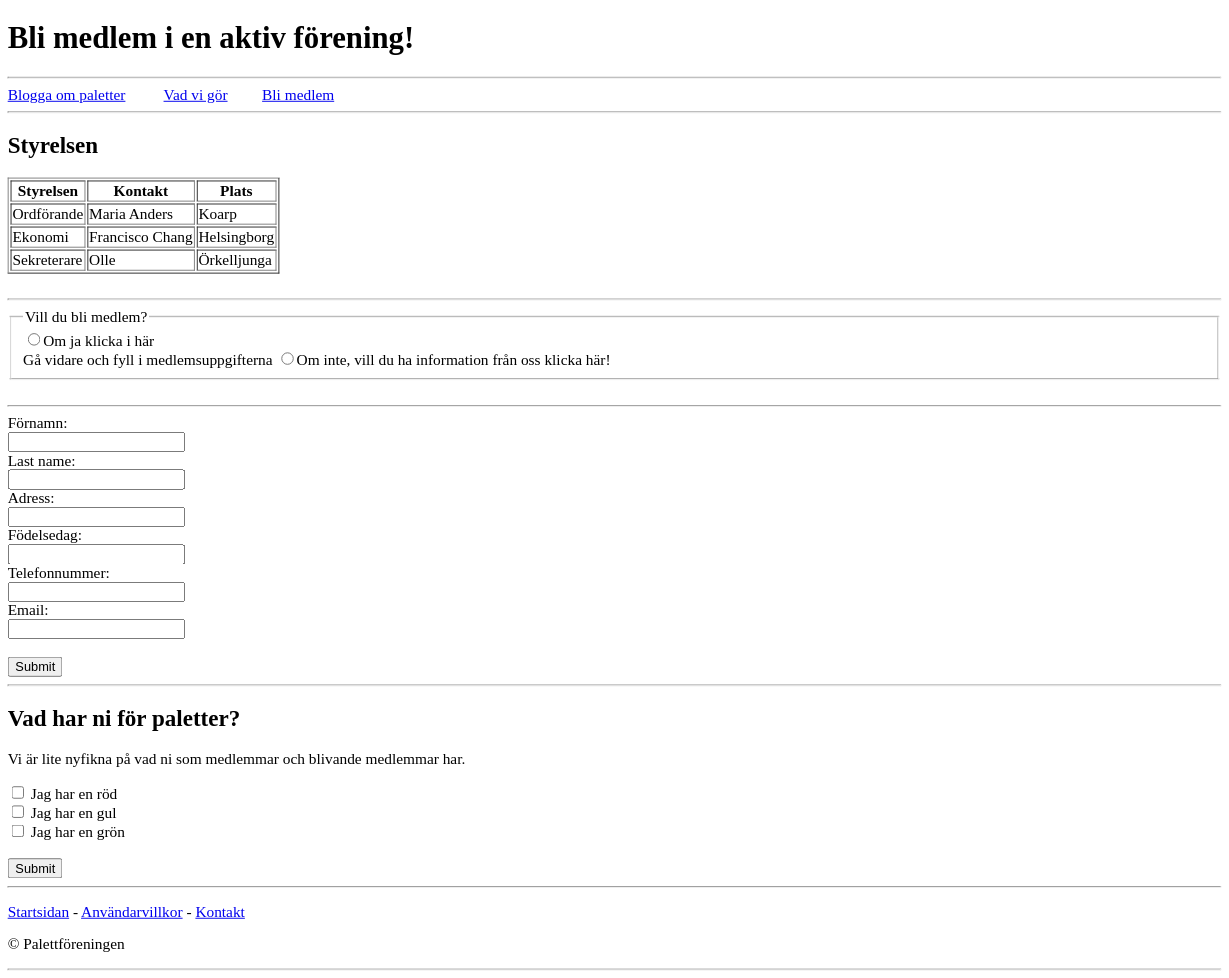
Repository: Webutveckling-20-21/Uppgift-1
Page: medlemskap.html
An editor plug-in stored every save of this project. The page is shown before and after the next save, followed by the edit.
The browser window is 1280 px wide. The pictures show the whole page, at 96% of full size.

Above is the page before, as saved 2021-09-07 22:16:20.

### medlemskap.html
<!DOCTYPE html>
<html lang="en">

<head>
    <meta charset="UTF-8">
    <meta name="viewport" content="width=device-width, initial-scale=1.0">
    <title>Palettföreningen</title>
</head>

<body>
    <header>
        <h1>Bli medlem i en aktiv förening!</h1>
        <hr>
        <a href="blogg.html">Blogga om paletter</a> &nbsp;&nbsp;&nbsp;&nbsp;&nbsp;&nbsp;&nbsp;&nbsp; <a
            href="verksamheten.html">Vad vi gör</a>&nbsp;&nbsp;&nbsp;&nbsp;&nbsp;&nbsp;&nbsp;&nbsp;
        <a href="medlemskap.html">Bli medlem</a>

    </header>
    <hr>
    <main>
        <h2>Styrelsen</h2>

        <table border="1">
            <tr>
                <th>Styrelsen</th>
                <th>Kontakt</th>
                <th>Plats</th>
            </tr>
            <tr>
                <td>Ordförande</td>
                <td>Maria Anders</td>
                <td>Koarp</td>
            </tr>
            <tr>
                <td>Ekonomi</td>
                <td>Francisco Chang</td>
                <td>Helsingborg</td>
            </tr>
            <tr>
                <td>Sekreterare</td>
                <td>Olle</td>
                <td>Örkelljunga</td>
            </tr>
        </table> <br>
        <hr>

        <form method="post">
            <fieldset>
                <legend>Vill du bli medlem?</legend>
                <label><input type="radio" name="radio">Om ja klicka i här</label><br>
                Gå vidare och fyll i medlemsuppgifterna</a>
                <label><input type="radio" name="radio">Om inte, vill du ha information från oss klicka här!</label>
            </fieldset> <br>
            <hr>
            <label for="fname">Förnamn:</label><br>
            <input type="text" id="text" name="text" value=""><br>
            <label for="lname">Last name:</label><br>
            <input type="text" id="text" name="text" value=""><br>

            <label for="text">Adress:</label><br>
            <input type="text" id="text" name="text" value=""><br>
            <label for="text">Födelsedag:</label><br>
            <input type="text" id="tel" name="text" value=""><br>
             <label for="tel">Telefonnummer:</label><br>
            <input type="tel" id="tel" name="tel"> <br>
            <label for="email">Email:</label><br>
            <input type="email" id="email" name="email" multiple> <br> <br> <input type="submit" value="Submit">
        </form>


    </main>
    <hr>
    <aside>
        <h2>Vad har ni för paletter?</h2>
        <p>Vi är lite nyfikna på vad ni som medlemmar och blivande medlemmar har.</p>

        <form>
            <input type="checkbox" id="red" name="red" value="red">
            <label for="red"> Jag har en röd</label><br>
            <input type="checkbox" id="yellow" name="yellow" value="yellow">
            <label for="yellow">Jag har en gul</label><br>
            <input type="checkbox" id="green" name="green" value="green">
            <label for="green"> Jag har en grön</label><br><br>
            <input type="submit" value="Submit">
        </form>




    </aside>
    <hr>
    <footer>
        <nav>
            <p>
                <a href="blogg.html">Startsidan</a> -
                <a href="villkor.html">Användarvillkor</a> -
                <a href="kontakt.html">Kontakt</a>
            </p>
        </nav>
        <p> &copy; Palettföreningen</p>

    </footer>
    <hr>

</body>


</html>

After the next save:
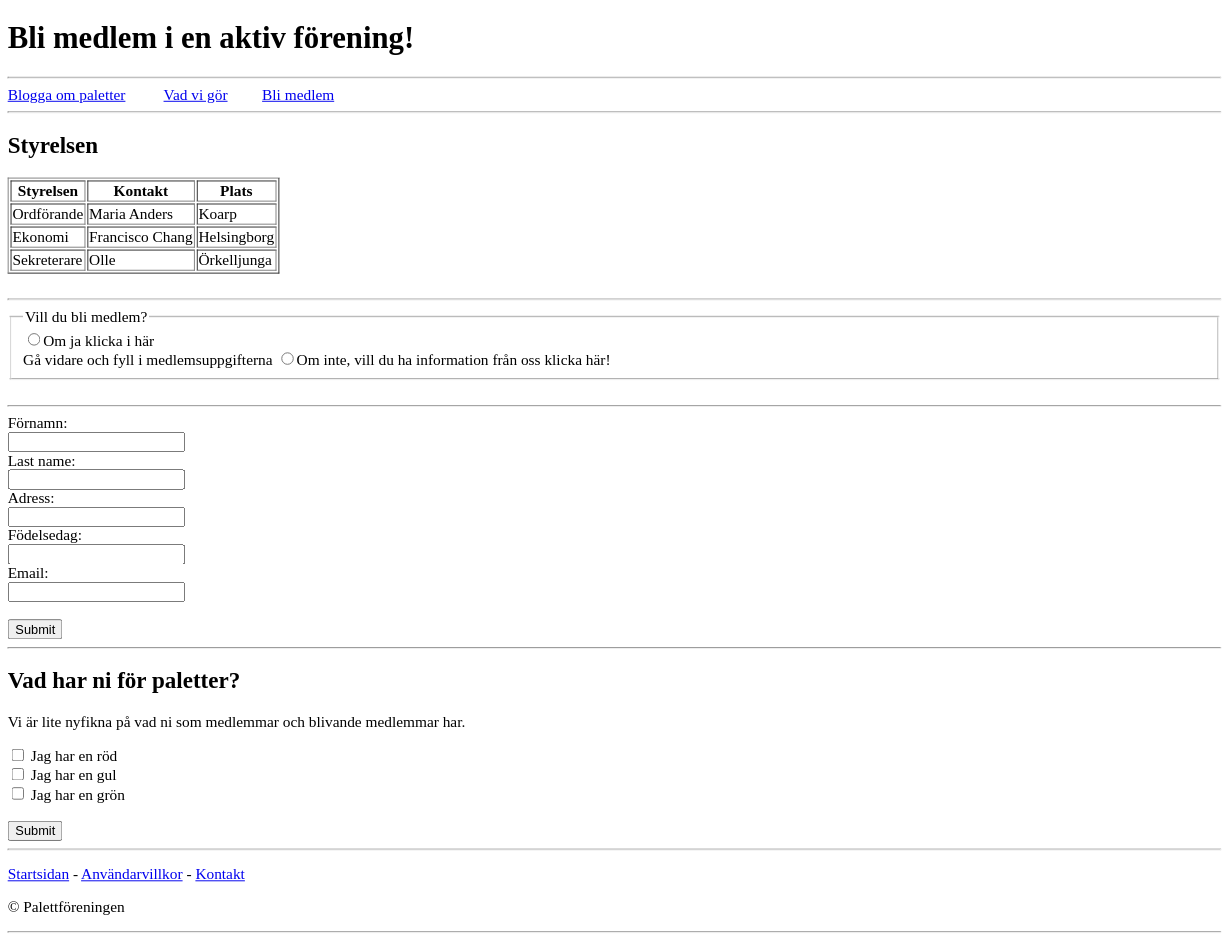
Saved 65 s later.
--- a/medlemskap.html
+++ b/medlemskap.html
@@ -61,8 +61,7 @@
             <input type="text" id="text" name="text" value=""><br>
             <label for="text">Födelsedag:</label><br>
             <input type="text" id="tel" name="text" value=""><br>
-             <label for="tel">Telefonnummer:</label><br>
-            <input type="tel" id="tel" name="tel"> <br>
+
             <label for="email">Email:</label><br>
             <input type="email" id="email" name="email" multiple> <br> <br> <input type="submit" value="Submit">
         </form>
